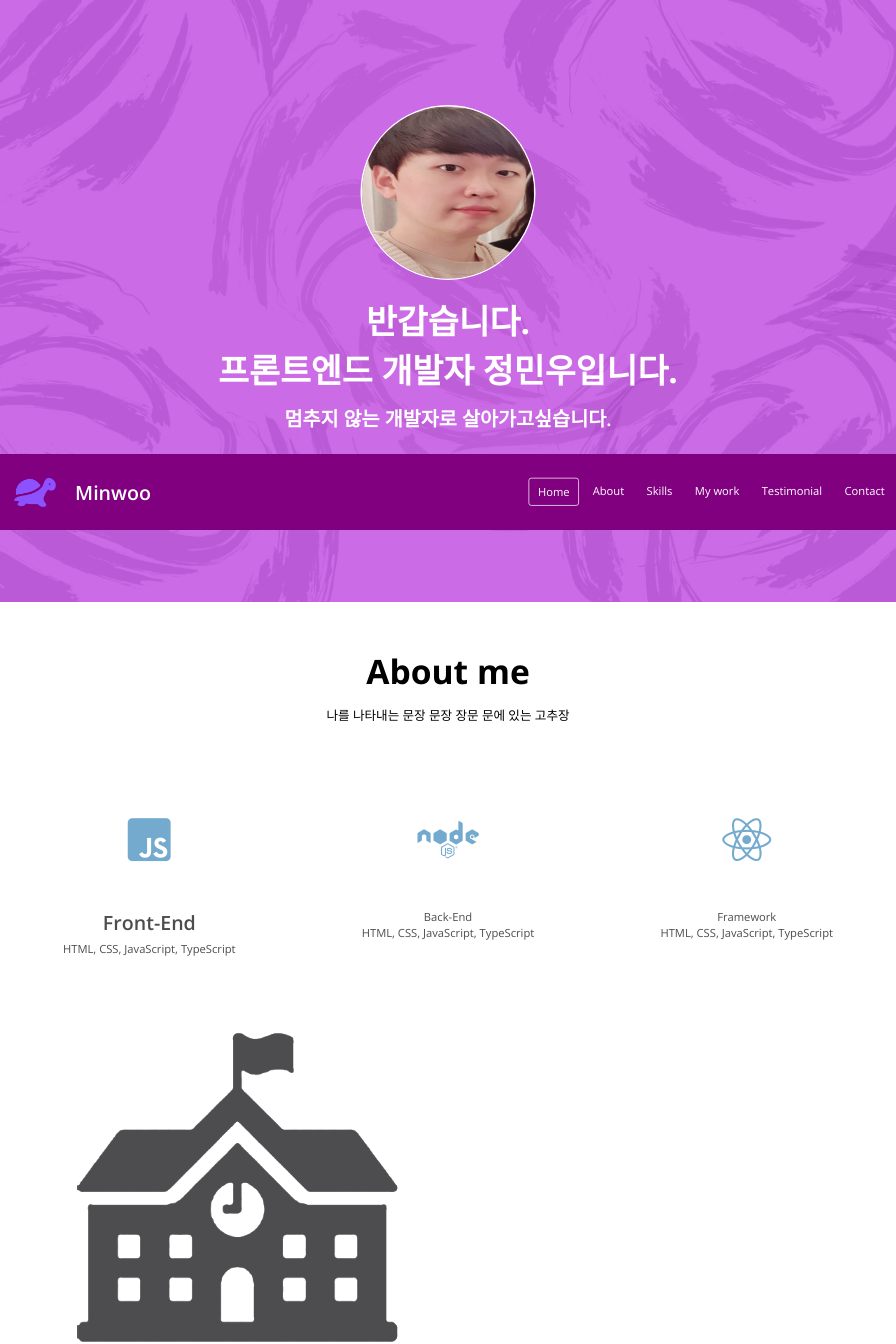
Repository: DevMinwoo-Jung/MinwooPortfolio
Page: index.html
The author's editor kept a copy of each file at every save. The page is drawn from the files as they stood at one save, then again after the next save.
The browser window is 1280 px wide. The pictures show the part of the page from y = 0 to 1920 px (the page is 5419 px tall), at 70% of full size.
After loading, the first visible `button.home__contact` was clicked once.

Above is the page before, as saved 2021-06-02 11:53:12.

After the next save:
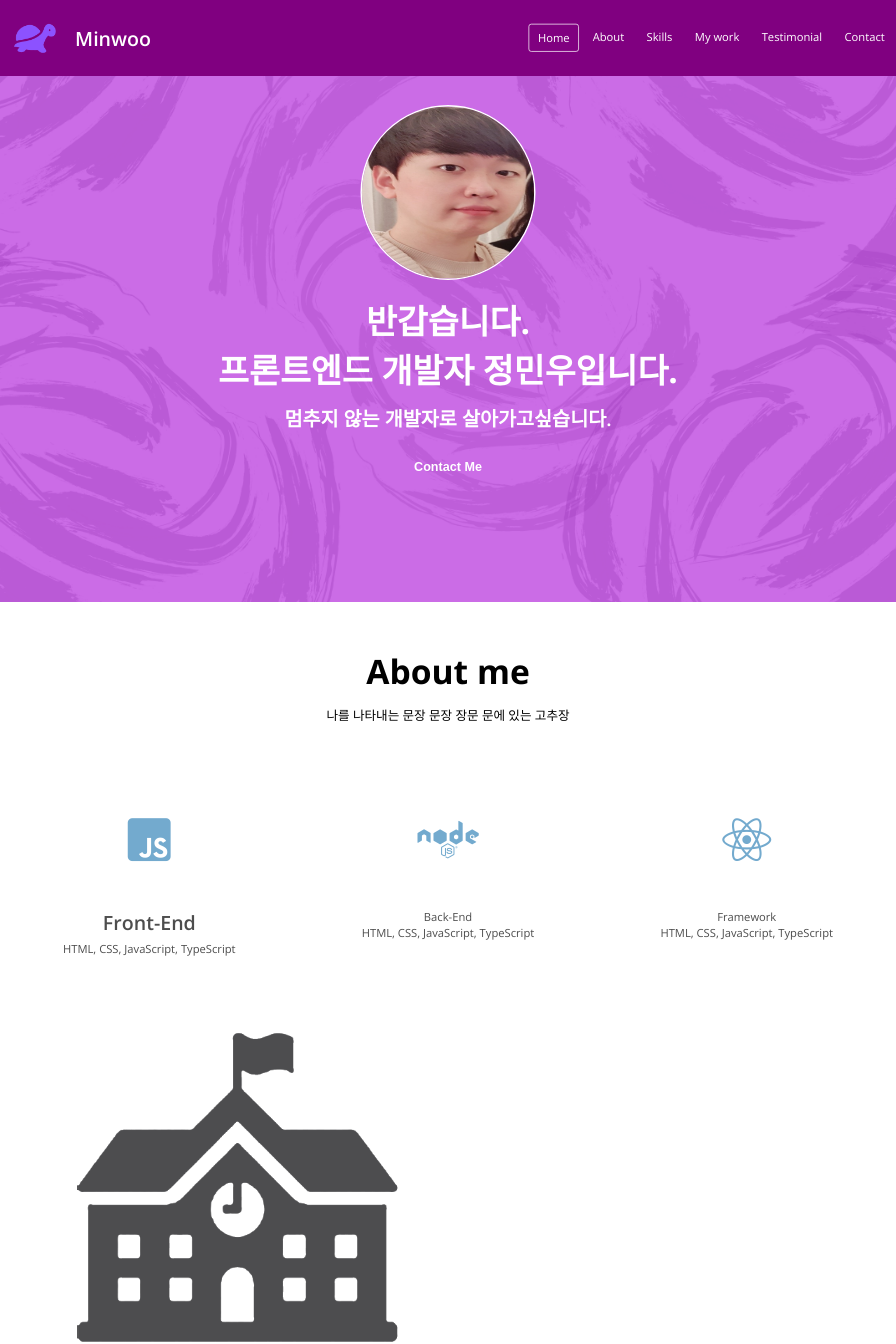
Console error: TypeError: Cannot read properties of null (reading 'scrollIntoView')
Saved 25 s later.
--- a/main.js
+++ b/main.js
@@ -40,7 +40,7 @@ contactMe.addEventListener('click', (event) => {
   if(link === null){
     return;
   }
-  scollIntoView('.home__contact');
+  scollIntoView('.contact');
 });
 
 function scollIntoView(selector){

After the 3 saves that followed:
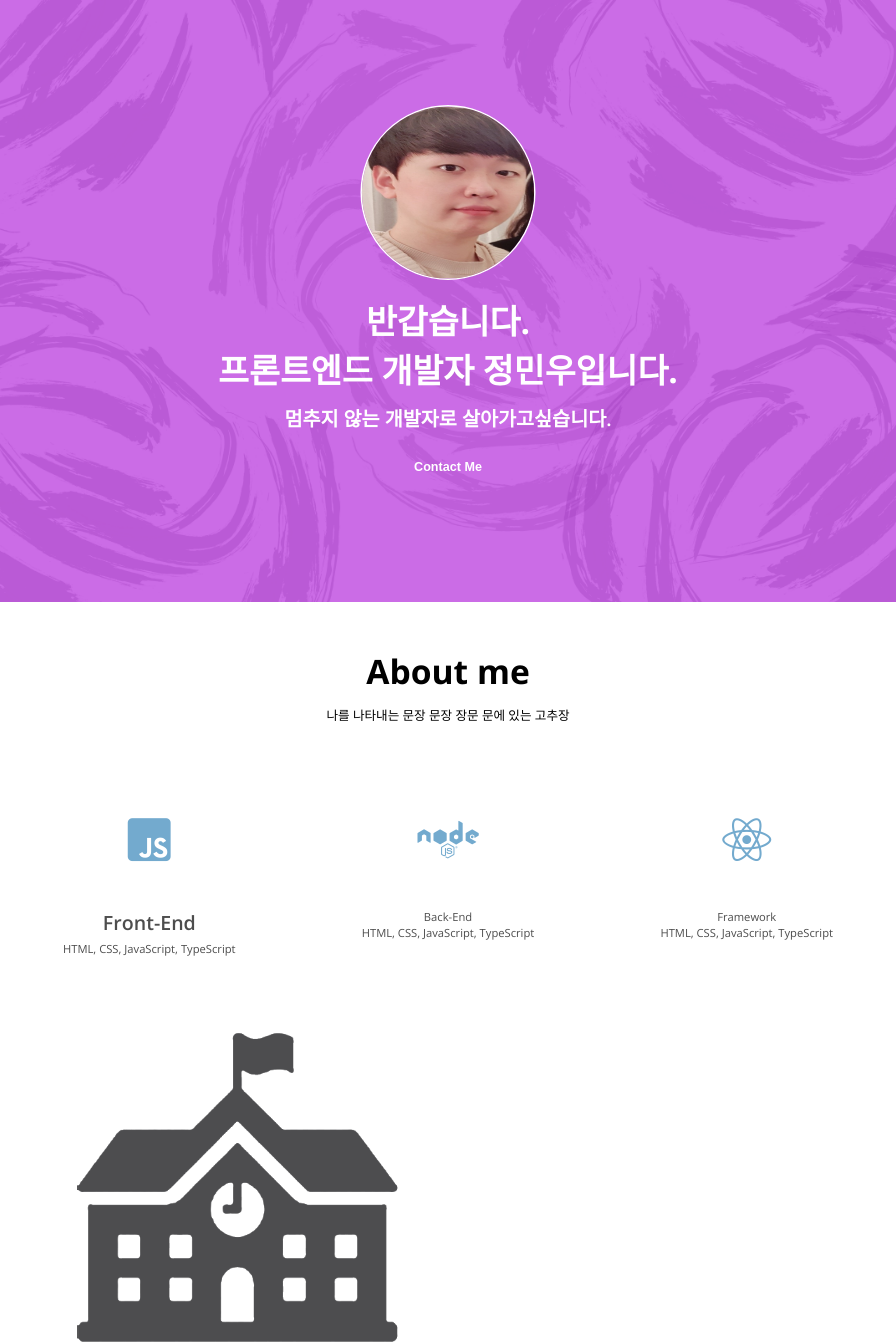
The error is gone.
The 3 saves are shown as one change because 2 left the picture as it was.
The last was saved 107 s later.
--- a/main.js
+++ b/main.js
@@ -40,7 +40,7 @@ contactMe.addEventListener('click', (event) => {
   if(link === null){
     return;
   }
-  scollIntoView('.contact');
+  scollIntoView('#contact');
 });
 
 function scollIntoView(selector){
